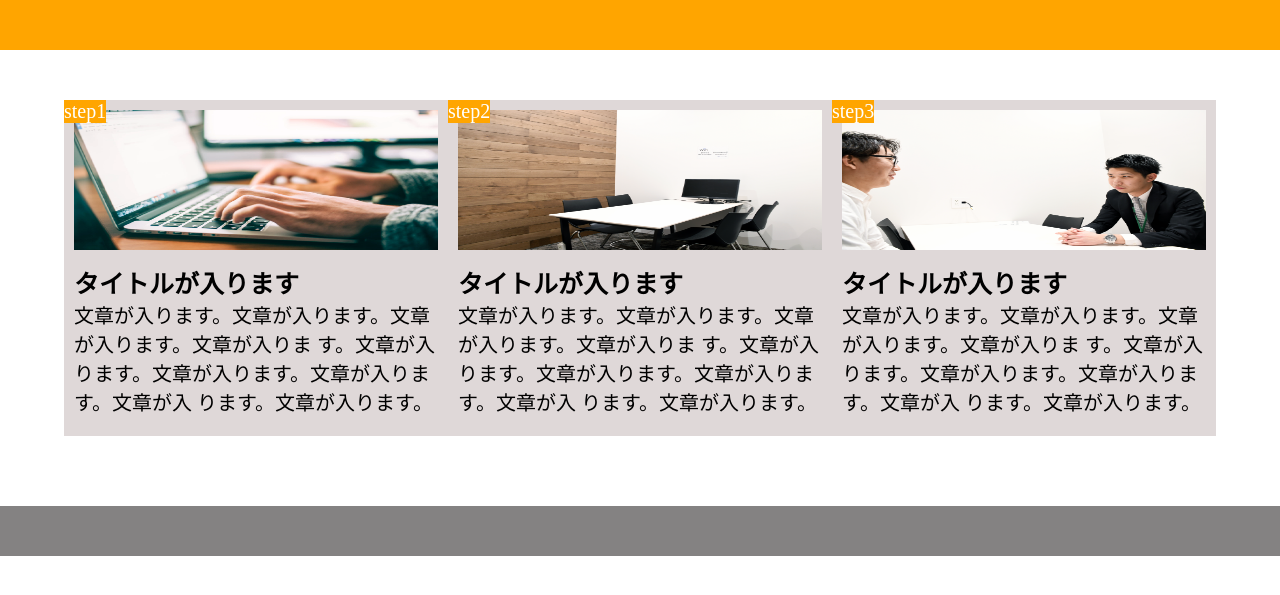
Repository: ishidaryu/ishidaryu
Page: HW/HW.html
The author's editor kept a record of every edit. The page is drawn from the files as they stood at one moment, then again after the next edit.
The browser window is 1280 px wide. The pictures show the whole page.

Above is the page before.

After the next edit:
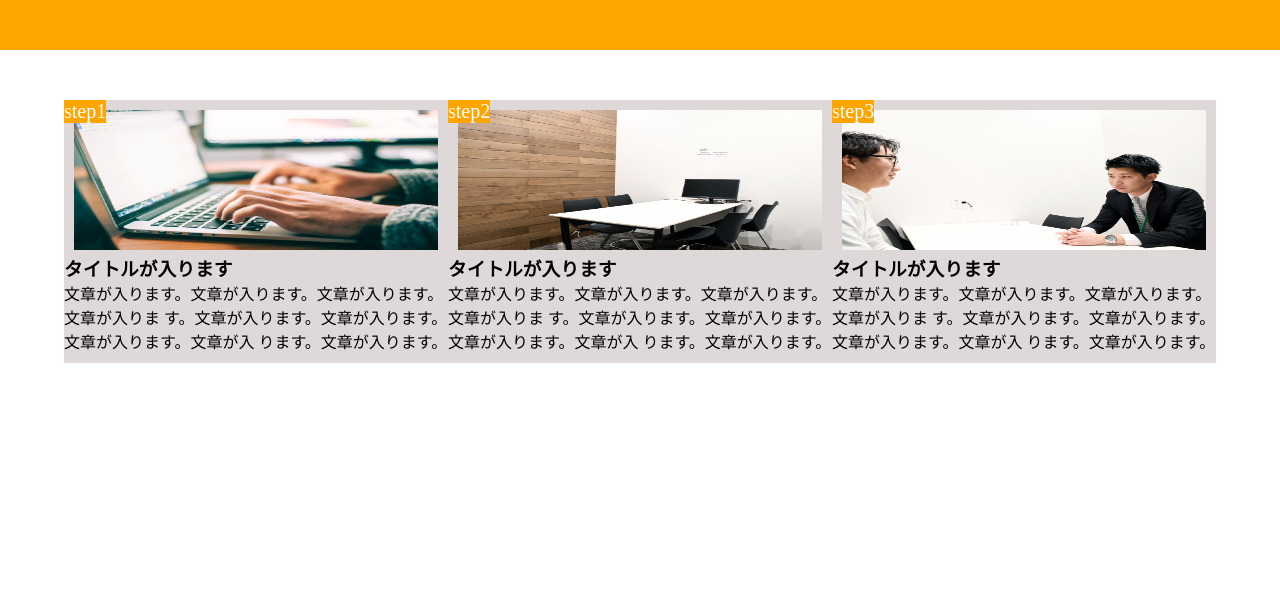
The edit:
--- a/HW/HW.css
+++ b/HW/HW.css
@@ -92,6 +92,11 @@
   padding: 10px 10px 0 10px;
 }
 
+.blog-image1 {
+  width: 100%;
+  height: 150px;
+  padding: 10px 10px 0 10px;
+
 .blog-text {
   padding: 10px;
 }

After the edit that followed:
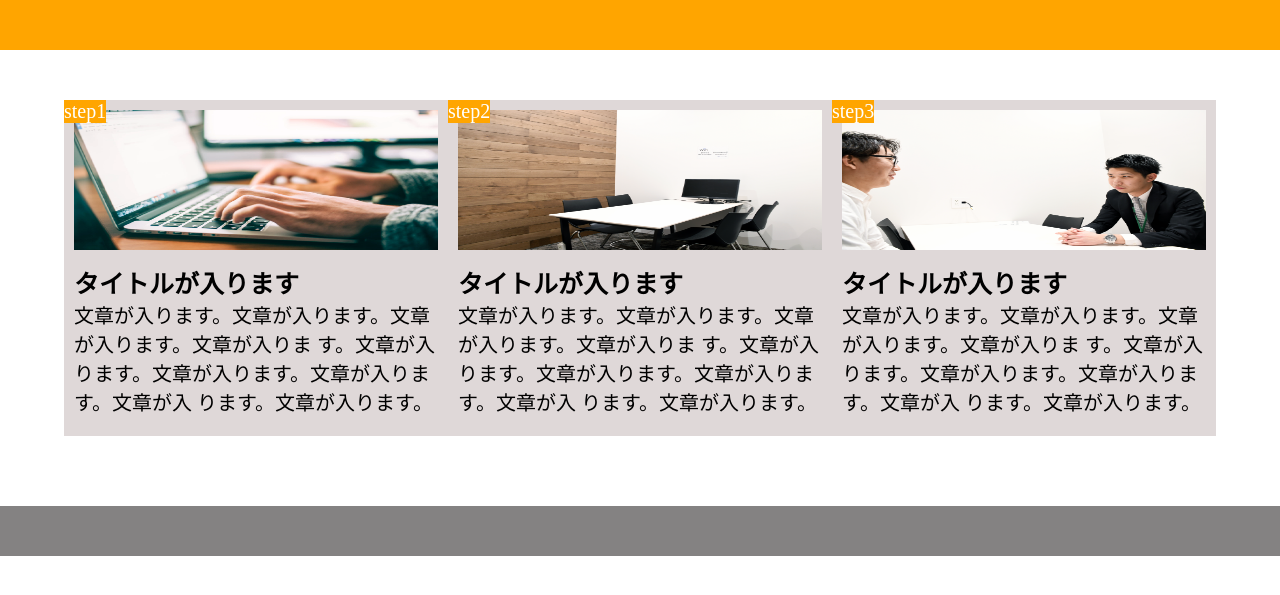
The edit:
--- a/HW/HW.css
+++ b/HW/HW.css
@@ -92,11 +92,6 @@
   padding: 10px 10px 0 10px;
 }
 
-.blog-image1 {
-  width: 100%;
-  height: 150px;
-  padding: 10px 10px 0 10px;
-
 .blog-text {
   padding: 10px;
 }
